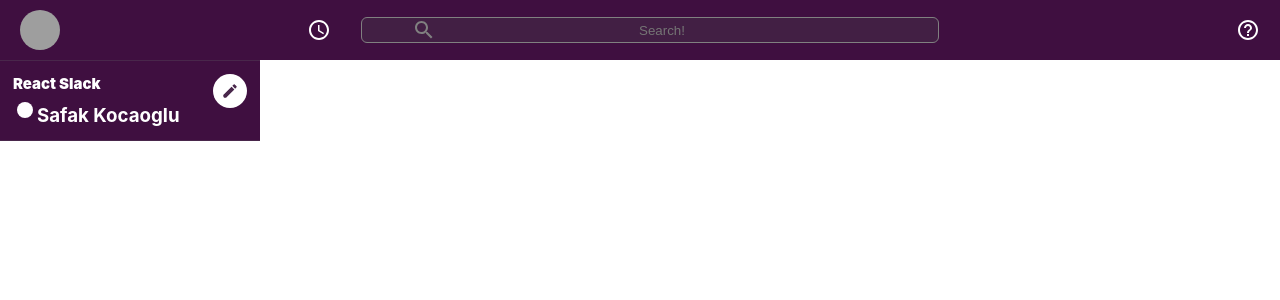
Repository: mminhaz93/React-Slack-Clone
Page: /
These files come from the project's save history. The page is drawn as it stood at one moment and after the next save; the edit follows.
The browser window is 1280 px wide. The pictures show the whole page.
Pictures or frames that could not be fetched are drawn as grey boxes. The project was rebuilt for these pictures with package versions that can differ from the ones it lists, and the page was loaded fresh each time.

Above is the page before, as saved 2020-08-13 21:04:53.

After the next save:
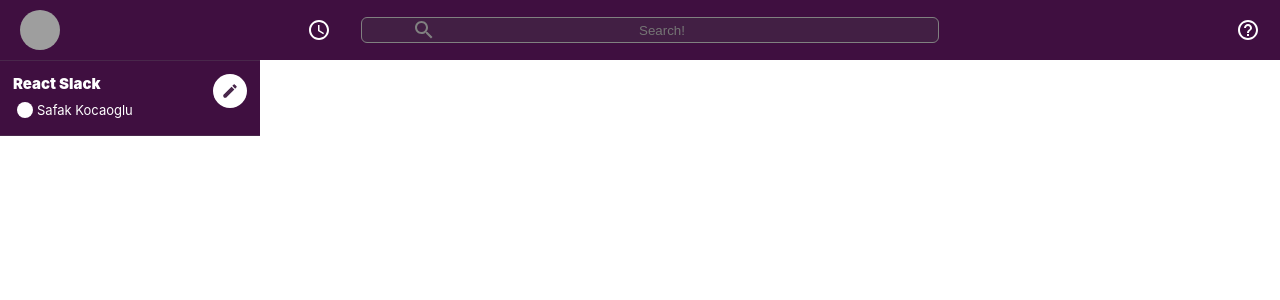
Saved 64 s later.
--- a/src/components/Sidebar.css
+++ b/src/components/Sidebar.css
@@ -22,6 +22,13 @@
   margin-bottom: 5px;
 }
 
+.sidebarInfo > h3 {
+  display: flex;
+  align-items: center;
+  font-size: 13px;
+  font-weight: 400;
+}
+
 .sidebarHeader > .MuiSvgIcon-root {
   padding: 8px;
   color: #49274b;
